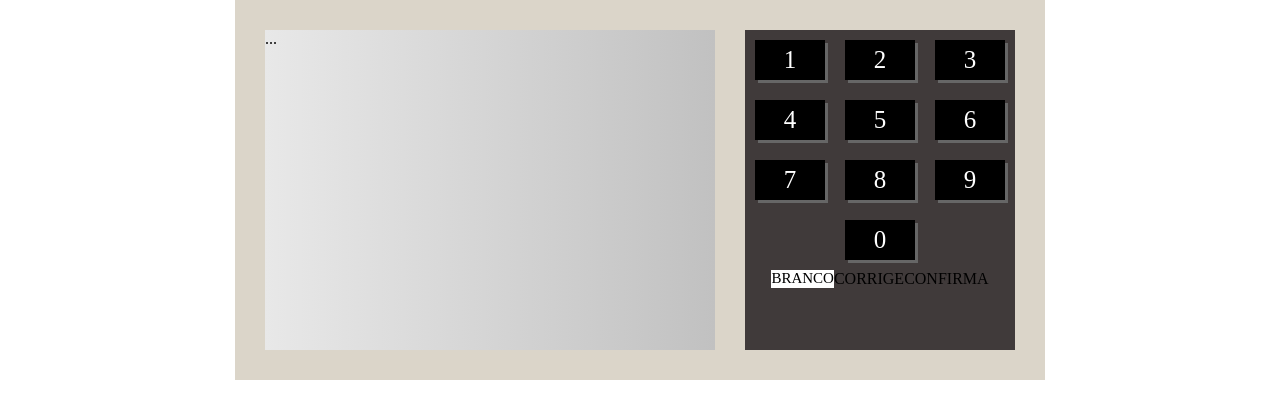
Repository: ThiagoIturra/urnaJs
Page: index.html
These files come from the project's save history. The page is drawn as it stood at one moment and after the next save; the edit follows.
The browser window is 1280 px wide. The pictures show the whole page.

Above is the page before, as saved 2022-01-05 16:06:10.

### index.html
<!DOCTYPE html>
<html lang="pt-BR">
<header>
    <meta charset="UTF-8" />
    <meta name="viewport" content="width=device-width, initial-scale=1.0">
    <link rel="stylesheet" href="style.css">
    <title>Urna Eletrônica</title>
</header>
<body>
    <div class="urna">
        <div class="screen">
...
        </div>
        <div class="keyboard">
            <div class="keyboard--line">
                <div class="keyboard--button">1</div>
                <div class="keyboard--button">2</div>
                <div class="keyboard--button">3</div>
            </div>
            <div class="keyboard--line">
                <div class="keyboard--button">4</div>
                <div class="keyboard--button">5</div>
                <div class="keyboard--button">6</div>
            </div>
            <div class="keyboard--line">
                <div class="keyboard--button">7</div>
                <div class="keyboard--button">8</div>
                <div class="keyboard--button">9</div>
            </div>
            <div class="keyboard--line">
                <div class="keyboard--button">0</div>
            </div>
            <div class="keyboard--line">
                <div class="keyboard--button--branco">BRANCO</div>
                <div class="keyboard--button--corrige">CORRIGE</div>
                <div class="keyboard--button--confirma">CONFIRMA</div>
            </div>
        </div>
    </div>
</body>
</html>

### style.css
body {
    margin: 0;
    display: flex;
    justify-content: center;
    align-items: center;
}

.urna {
    background-color: #dbd5c9;
    padding: 30px;
    display: flex;
}

.screen {
    width: 450px;
    height: 320px;
    background: linear-gradient(to right, #e8e8e8, #c1c1c1);
}

.keyboard {
    background-color: #403A3A;
    margin-left: 30px;
}

.keyboard--line {
    display: flex;
    justify-content: center;
}

.keyboard--button {
    width: 70px;
    height: 40px;
    background-color: #000;
    color: #fff;
    font-size: 25px;
    display: flex;
    justify-content: center;
    align-items: center;
    margin: 10px;
    cursor: pointer;
    box-shadow: 3px 3px 0px #666;
}

.keyboard--button--branco {
    background-color: #fff;
    color: #000;
    font-size: 15px;
}

After the next save:
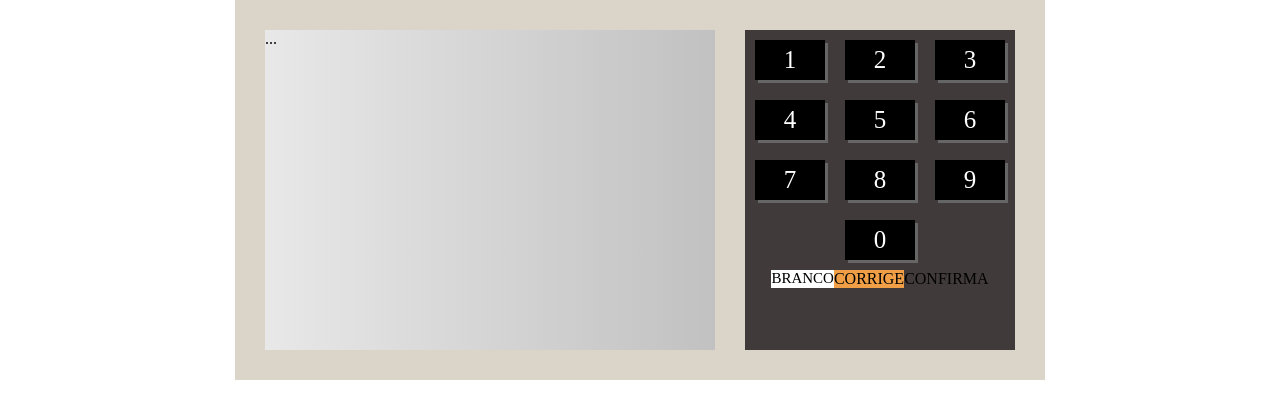
Saved 44 s later.
--- a/style.css
+++ b/style.css
@@ -46,3 +46,7 @@ body {
     color: #000;
     font-size: 15px;
 }
+
+.keyboard--button--corrige {
+    background-color: #f09f46
+}
